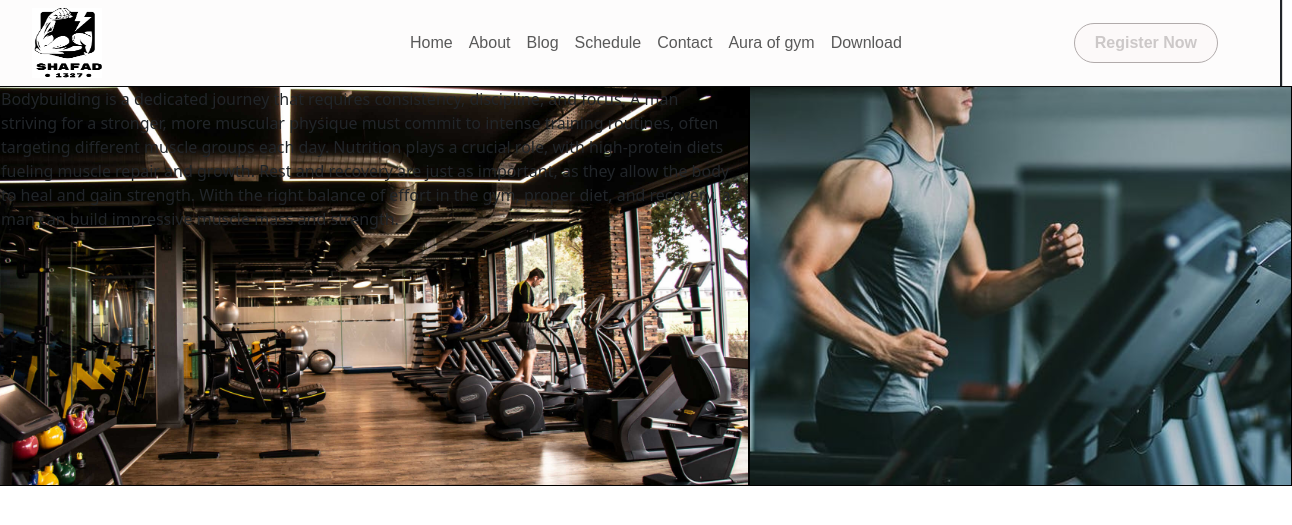
Repository: Daud-shafad/gymwebsite
Page: bootstrap-5.3.3-dist/bootstrap-5.3.3-dist/gym.html
The author's editor kept a copy of each file at every save. The page is drawn from the files as they stood at one save, then again after the next save.
The browser window is 1280 px wide. The page is 1292 px wide, so the pictures cover 1292 px, including what lies to the right of the window. The pictures show the whole page.

Above is the page before, as saved 2024-12-28 13:34:24.

After the next save:
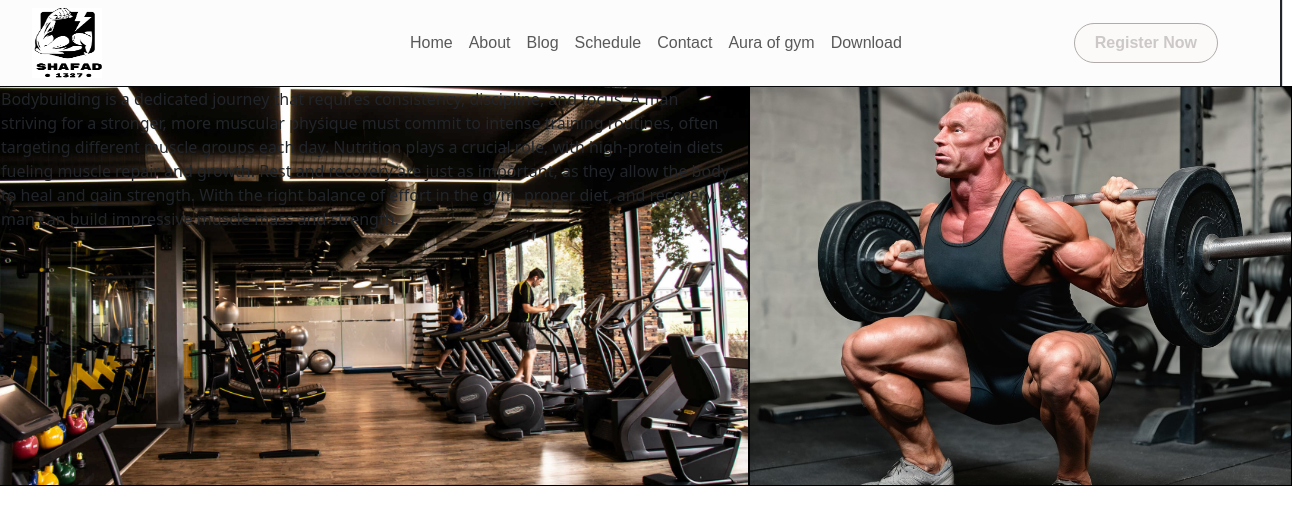
Saved 23 s later.
--- a/bootstrap-5.3.3-dist/bootstrap-5.3.3-dist/gym.css
+++ b/bootstrap-5.3.3-dist/bootstrap-5.3.3-dist/gym.css
@@ -45,7 +45,7 @@
 }
 
 .row .col-5{
-    background: url(Gym1.jpeg);
+    background: url(Gym11.jpg);
     background-position: center;
     background-size: cover;
     background-repeat: no-repeat;
